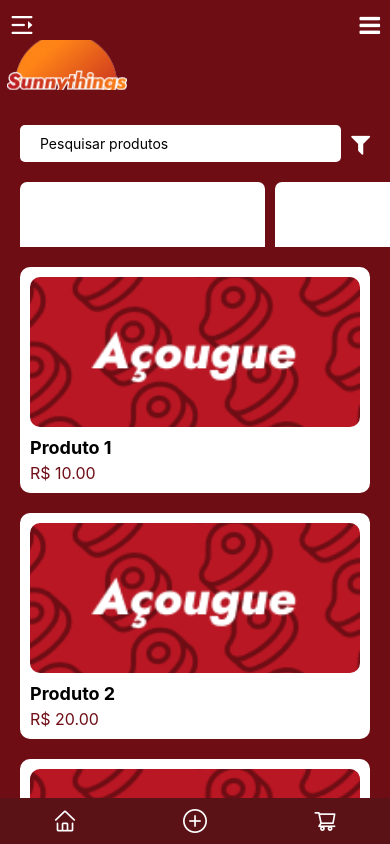
Repository: Luizzzin/SuperMercado
Screen: / (app in suny/)
These files come from the project's save history. The screen is drawn as it stood at one moment and after the next save; the edit follows.
An inner scrolling area shows only its first screen. The app was drawn by React Native's web renderer in a window 390 px wide. The project was rebuilt for these pictures with package versions that can differ from the ones it lists, and the page was loaded fresh each time.

Above is the screen before, as saved 2024-05-09 20:13:23.

### suny/App.js
import React from 'react';
import { NavigationContainer } from '@react-navigation/native';
import { createStackNavigator } from '@react-navigation/stack';
import Routes from './routes'; // Importe o componente Routes

const Stack = createStackNavigator();

const App = () => {
  return <Routes />;
}

export default App;

### suny/routes.js
import React from 'react';
import { NavigationContainer } from '@react-navigation/native';
import { createStackNavigator } from '@react-navigation/stack';
import HomeScreen from './HomeScreen'; // Importe o componente HomeScreen

const Stack = createStackNavigator();

const Routes = () => {
  return (
    <NavigationContainer>
      <HomeScreen />
    </NavigationContainer>
  );
}

export default Routes;

### suny/HomeScreen.js
import React from 'react';
import { View, Text, StyleSheet, TouchableOpacity, TextInput, Image, ScrollView } from 'react-native';
import { AntDesign, FontAwesome } from '@expo/vector-icons'; // Certifique-se de instalar o pacote expo-vector-icons

const HomeScreen = () => {

  const categories = ['Categoria 1', 'Categoria 2', 'Categoria 3', 'Categoria 4', 'Categoria 5', 'Categoria 6', 'Categoria 7'];

  const products = [
    { id: 1, name: 'Produto 1', price: 10, image: require('./path/to/image1.png') },
    { id: 2, name: 'Produto 2', price: 20, image: require('./path/to/image1.png') },
    { id: 3, name: 'Produto 3', price: 30, image: require('./path/to/image1.png') },
    { id: 4, name: 'Produto 4', price: 40, image: require('./path/to/image1.png') },
    { id: 5, name: 'Produto 5', price: 50, image: require('./path/to/image1.png') },
    { id: 6, name: 'Produto 6', price: 60, image: require('./path/to/image1.png') },
  ];

  return (
    <View style={styles.container}>
      {/* Header */}
      <View style={styles.header}>
        <TouchableOpacity onPress={() => console.log("Menu clicked")}>
          <AntDesign name="menu-fold" size={24} color="white" />
        </TouchableOpacity>
        <Image source={require('./path/to/your/logo.png')} style={styles.logo} />
        <TouchableOpacity onPress={() => console.log("Hamburger clicked")}>
          <FontAwesome name="bars" size={24} color="white" />
        </TouchableOpacity>
      </View>

      {/* Search Bar */}
      <View style={styles.searchBar}>
        <TextInput
          style={styles.input}
          placeholder="Pesquisar produtos"
        />
        <TouchableOpacity onPress={() => console.log("Filter clicked")}>
          <FontAwesome name="filter" size={24} color="white" />
        </TouchableOpacity>
      </View>

      {/* Category Carousel */}
      <ScrollView horizontal style={styles.carousel}>
        {categories.map((category, index) => (
          <TouchableOpacity key={index} style={styles.categoryItem}>
            <Text style={styles.categoryText}>{category}</Text>
          </TouchableOpacity>
        ))}
      </ScrollView>

      {/* Product Cards */}
      <ScrollView style={styles.productContainer}>
        {products.map(product => (
          <TouchableOpacity key={product.id} style={styles.productCard}>
            <Image source={product.image} style={styles.productImage} />
            <Text style={styles.productName}>{product.name}</Text>
            <Text style={styles.productPrice}>R$ {product.price.toFixed(2)}</Text>
          </TouchableOpacity>
        ))}
      </ScrollView>

      {/* Tab Bar */}
      <View style={styles.tabBar}>
        <TouchableOpacity onPress={() => console.log("Home clicked")} style={styles.tabItem}>
          <AntDesign name="home" size={24} color="white" />
        </TouchableOpacity>
        <TouchableOpacity onPress={() => console.log("Add clicked")} style={styles.tabItem}>
          <AntDesign name="pluscircleo" size={24} color="white" />
        </TouchableOpacity>
        <TouchableOpacity onPress={() => console.log("Cart clicked")} style={styles.tabItem}>
          <AntDesign name="shoppingcart" size={24} color="white" />
        </TouchableOpacity>
      </View>
    </View>
  );
}

const styles = StyleSheet.create({
  container: {
    flex: 1,
    backgroundColor: '#6F0D15',
  },
  header: {
    flexDirection: 'row',
    justifyContent: 'space-between',
    alignItems: 'center',
    paddingHorizontal: 10,
    paddingTop: 0,
  },
  logo: {
    width: 120,
    height: 50,
    right: 130,
    top: 40,
  },
  searchBar: {
    flexDirection: 'row',
    alignItems: 'center',
    paddingHorizontal: 20,
    marginTop: 75,
  },
  input: {
    flex: 1,
    backgroundColor: 'white',
    borderRadius: 5,
    paddingVertical: 10,
    paddingHorizontal: 20,
    marginRight: 10,
  },
  carousel: {
    marginTop: 20,
    paddingHorizontal: 20,
    marginBottom: 20,
  },
  categoryItem: {
    marginRight: 10,
    padding: 80,
    backgroundColor: 'white',
    borderRadius: 7,
  },
  categoryText: {
    color: '#6F0D15',
    fontSize: 16,
  },
  productContainer: {
    paddingHorizontal: 20,
  },
  productCard: {
    marginBottom: 20,
    backgroundColor: 'white',
    borderRadius: 10,
    padding: 10,
  },
  productImage: {
    width: '100%',
    height: 150,
    borderRadius: 10,
  },
  productName: {
    marginTop: 10,
    fontSize: 18,
    fontWeight: 'bold',
  },
  productPrice: {
    marginTop: 5,
    fontSize: 16,
    color: '#6F0D15',
  },
  tabBar: {
    flexDirection: 'row',
    justifyContent: 'space-around',
    backgroundColor: '#5A1217',
    paddingVertical: 10,
  },
  tabItem: {
    flex: 1,
    alignItems: 'center',
  },
});

export default HomeScreen;

After the next save:
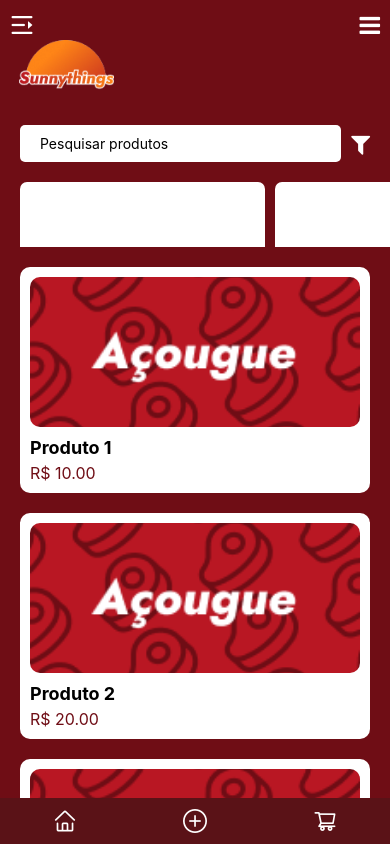
Saved 52 s later.
--- a/suny/HomeScreen.js
+++ b/suny/HomeScreen.js
@@ -88,7 +88,7 @@
     paddingTop: 0,
   },
   logo: {
-    width: 120,
+    width: 95,
     height: 50,
     right: 130,
     top: 40,
